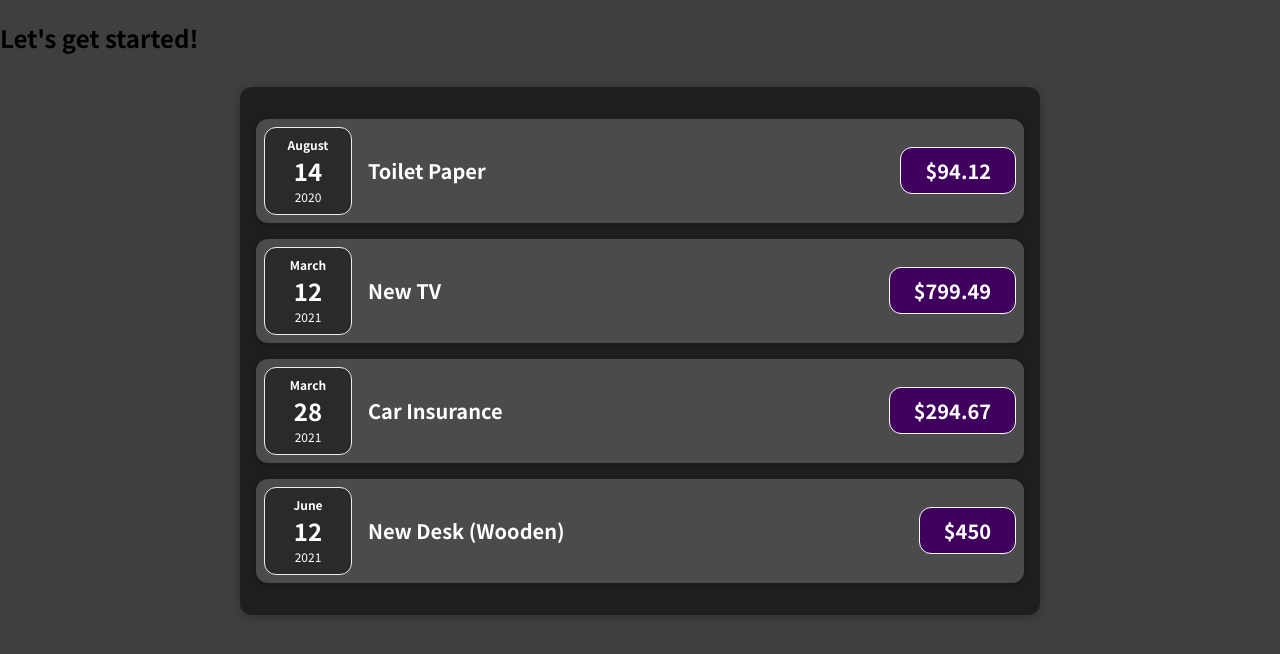
Repository: Roybrussel/expenses-tracker
Page: /
The author's editor kept a copy of each file at every save. The page is drawn from the files as they stood at one save, then again after the next save.
The browser window is 1280 px wide. The pictures show the whole page.
The project was rebuilt for these pictures with package versions that can differ from the ones it lists, and the page was loaded fresh each time.

Above is the page before, as saved 2021-04-23 15:05:06.

### src/App.js
import Expenses from './components/Expenses/Expenses';

function App() {
	const expenses = [
		{
			id: 'e1',
			title: 'Toilet Paper',
			amount: 94.12,
			date: new Date(2020, 7, 14)
		},
		{
			id: 'e2',
			title: 'New TV',
			amount: 799.49,
			date: new Date(2021, 2, 12)
		},
		{
			id: 'e3',
			title: 'Car Insurance',
			amount: 294.67,
			date: new Date(2021, 2, 28)
		},
		{
			id: 'e4',
			title: 'New Desk (Wooden)',
			amount: 450,
			date: new Date(2021, 5, 12)
		}
	];

	return (
		<div>
			<h2>Let's get started!</h2>
			<Expenses expenses={expenses} />
		</div>
	);
}

export default App;

### src/components/Expenses/Expenses.js
import React from 'react';
import Card from '../UI/Card';
import ExpenseItem from './ExpenseItem';
import './Expenses.css';

const Expenses = (props) => {
	return (
		<Card className="expenses">
			{props.expenses.map((expense) => {
				return <ExpenseItem title={expense.title} amount={expense.amount} date={expense.date} />;
			})}
		</Card>
	);
};

export default Expenses;

### src/components/UI/Card.js
import React from 'react';
import './Card.css';

const Card = (props) => {
	const classes = 'card ' + props.className;

	return <div className={classes}>{props.children}</div>;
};

export default Card;

### src/components/Expenses/ExpenseItem.js
import React from 'react';

import ExpenseDate from './ExpenseDate';
import Card from '../UI/Card';
import './ExpenseItem.css';

const ExpenseItem = (props) => {
	return (
		<Card className="expense-item">
			<ExpenseDate date={props.date} />
			<div className="expense-item__description">
				<h2>{props.title}</h2>
				<div className="expense-item__price">${props.amount}</div>
			</div>
		</Card>
	);
};

export default ExpenseItem;

### src/components/Expenses/ExpenseDate.js
import React from 'react';
import './ExpenseDate.css';

const ExpenseDate = (props) => {
	const month = props.date.toLocaleString('en-US', { month: 'long' });
	const day = props.date.toLocaleString('en-US', { day: '2-digit' });
	const year = props.date.getFullYear();

	return (
		<div className="expense-date">
			<div className="expense-date__month">{month}</div>
			<div className="expense-date__day">{day}</div>
			<div className="expense-date__year">{year}</div>
		</div>
	);
};

export default ExpenseDate;

### src/components/Expenses/ExpenseItem.css
.expense-item {
    display: flex;
    justify-content: space-between;
    align-items: center;
    padding: 0.5rem;
    margin: 1rem 0;
    background-color: #4b4b4b;
  }

  .expense-item__description {
    display: flex;
    flex-direction: column;
    gap: 1rem;
    align-items: flex-end;
    flex-flow: column-reverse;
    justify-content: flex-start;
    flex: 1;
  }

  .expense-item h2 {
    color: #3a3a3a;
    font-size: 1rem;
    flex: 1;
    margin: 0 1rem;
    color: white;
  }

  .expense-item__price {
    font-size: 1rem;
    font-weight: bold;
    color: white;
    background-color: #40005d;
    border: 1px solid white;
    padding: 0.5rem;
    border-radius: 12px;
  }

  @media (min-width: 580px) {
    .expense-item__description {
      flex-direction: row;
      align-items: center;
      justify-content: flex-start;
      flex: 1;
    }

    .expense-item__description h2 {
      font-size: 1.25rem;
    }

    .expense-item__price {
      font-size: 1.25rem;
      padding: 0.5rem 1.5rem;
    }
  }

Loaded but not shown: public/index.html (common file); src/index.js (common file); src/index.css (common file); src/components/Expenses/Expenses.css (common file); src/components/UI/Card.css (common file); src/components/Expenses/ExpenseDate.css (common file)

After the next save:
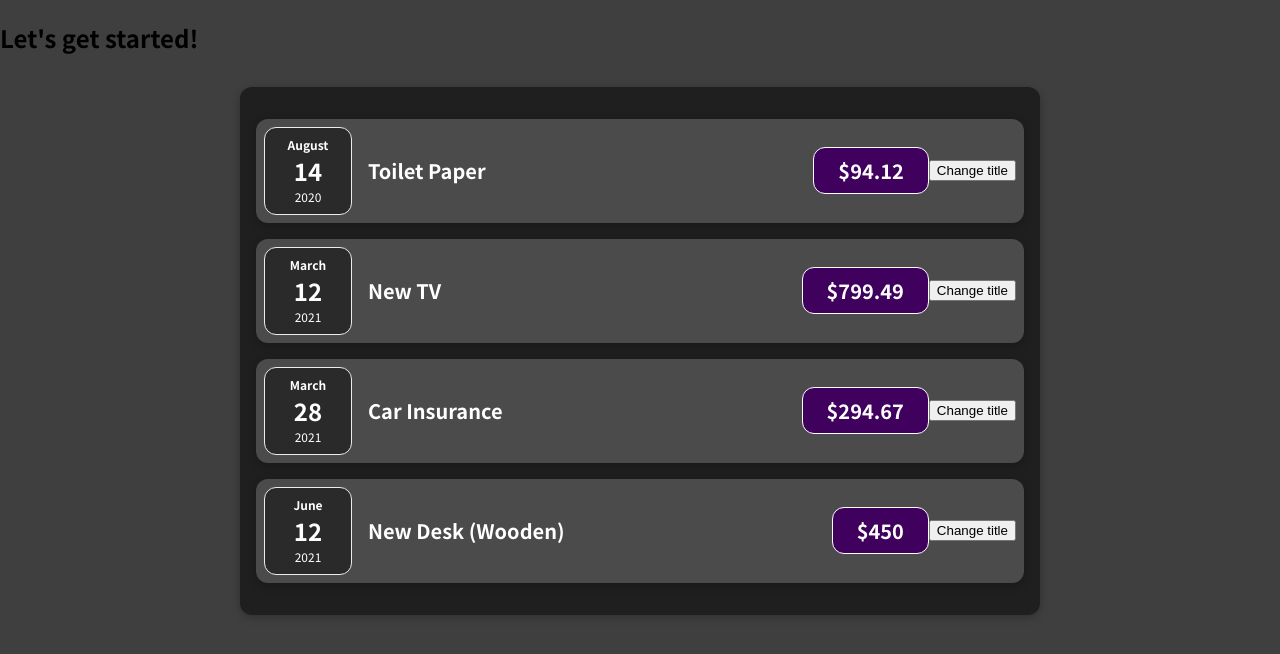
Saved 6 days later.
--- a/src/components/Expenses/ExpenseItem.js
+++ b/src/components/Expenses/ExpenseItem.js
@@ -12,6 +12,7 @@ const ExpenseItem = (props) => {
 				<h2>{props.title}</h2>
 				<div className="expense-item__price">${props.amount}</div>
 			</div>
+			<button>Change title</button>
 		</Card>
 	);
 };
